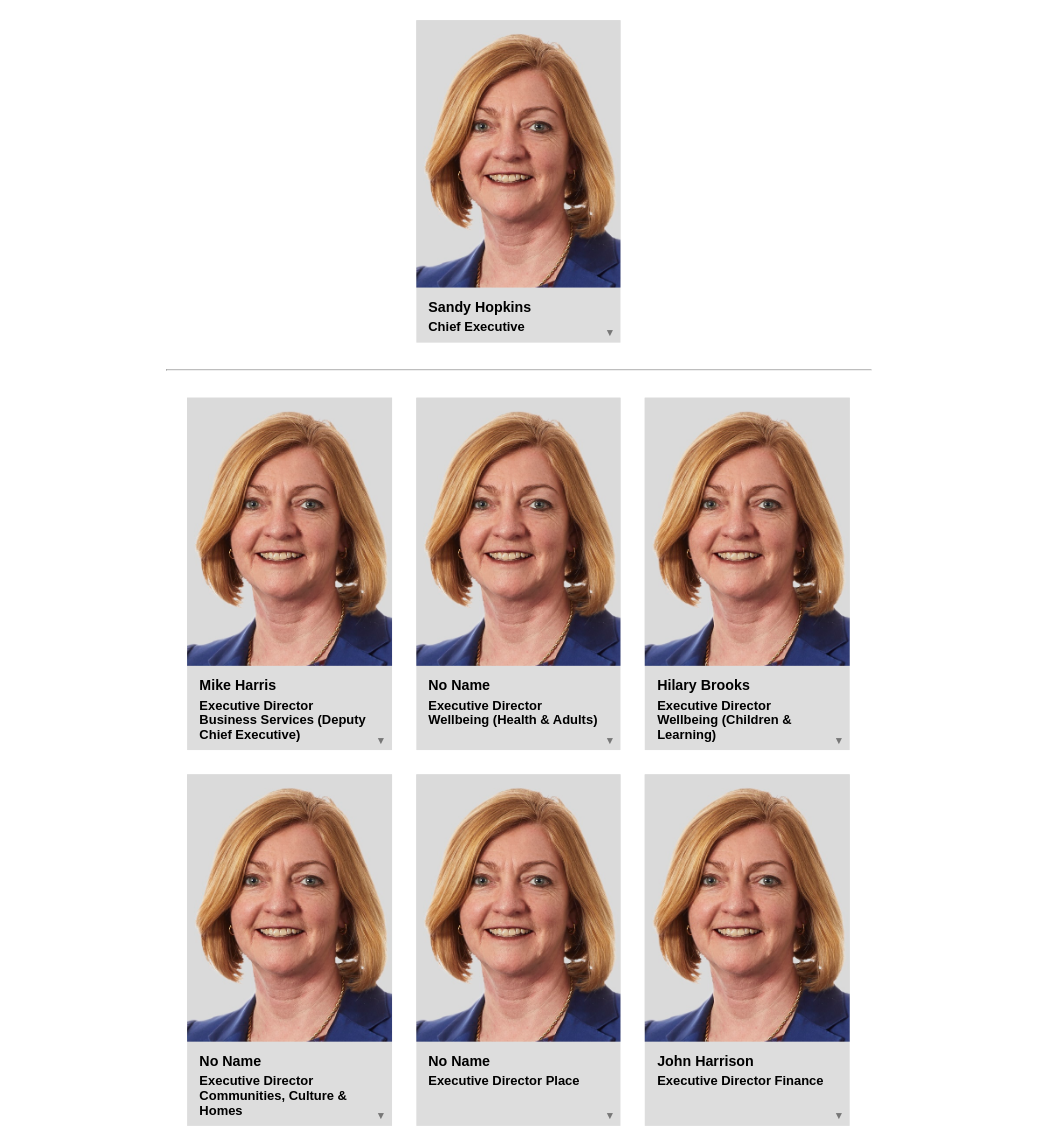
Repository: DigitalExperienceTeam/management
Page: index.html
The author's editor kept a record of every edit. The page is drawn from the files as they stood at one moment, then again after the next edit.
The browser window is 1280 px wide. The pictures show the whole page, at 81% of full size.

Above is the page before.

After the next edit:
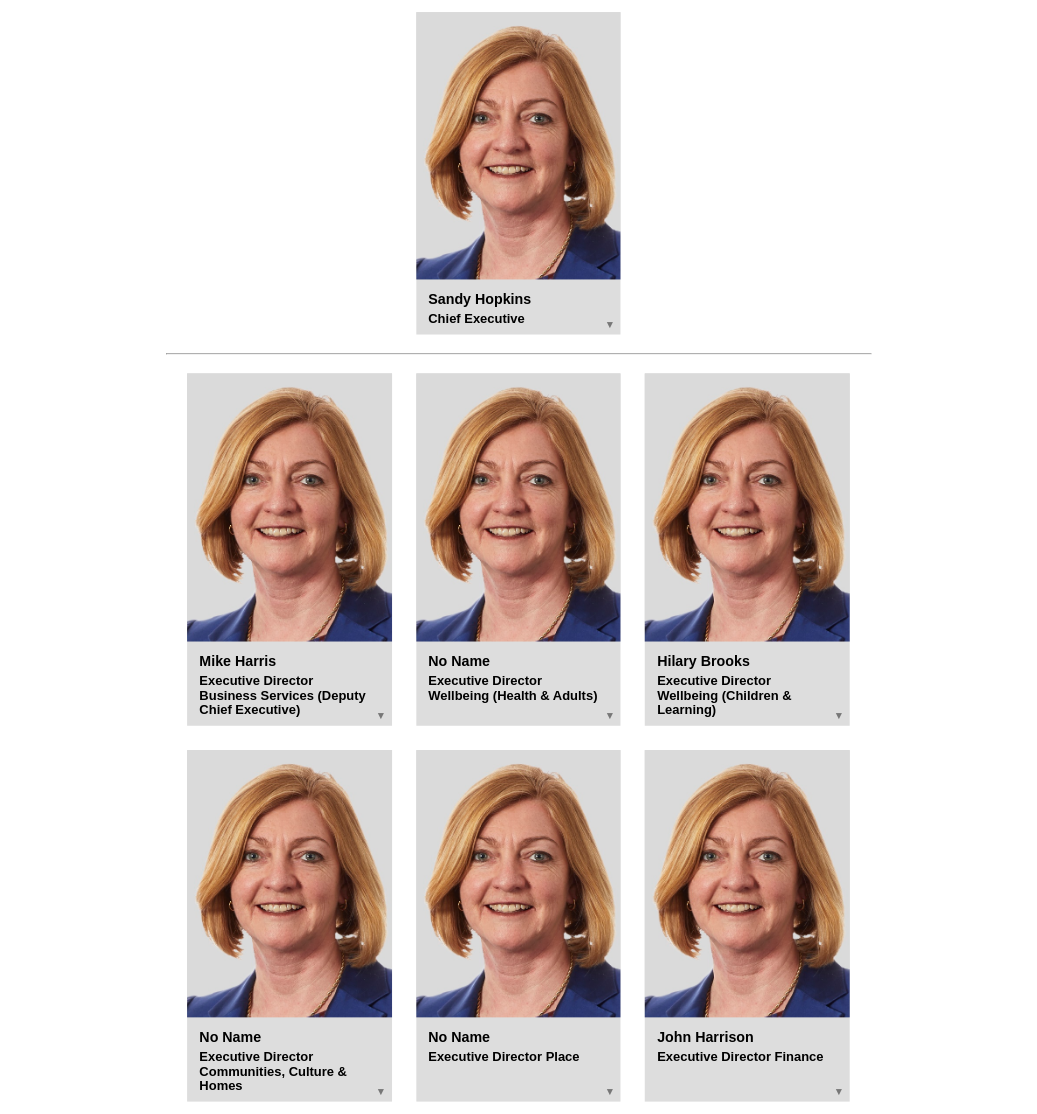
The edit:
--- a/style.css
+++ b/style.css
@@ -5,7 +5,6 @@
 }
 
 .profiles-wrapper {
-    padding: 10px 0;
     display: flex;
     flex-wrap: wrap;
     justify-content: center;
